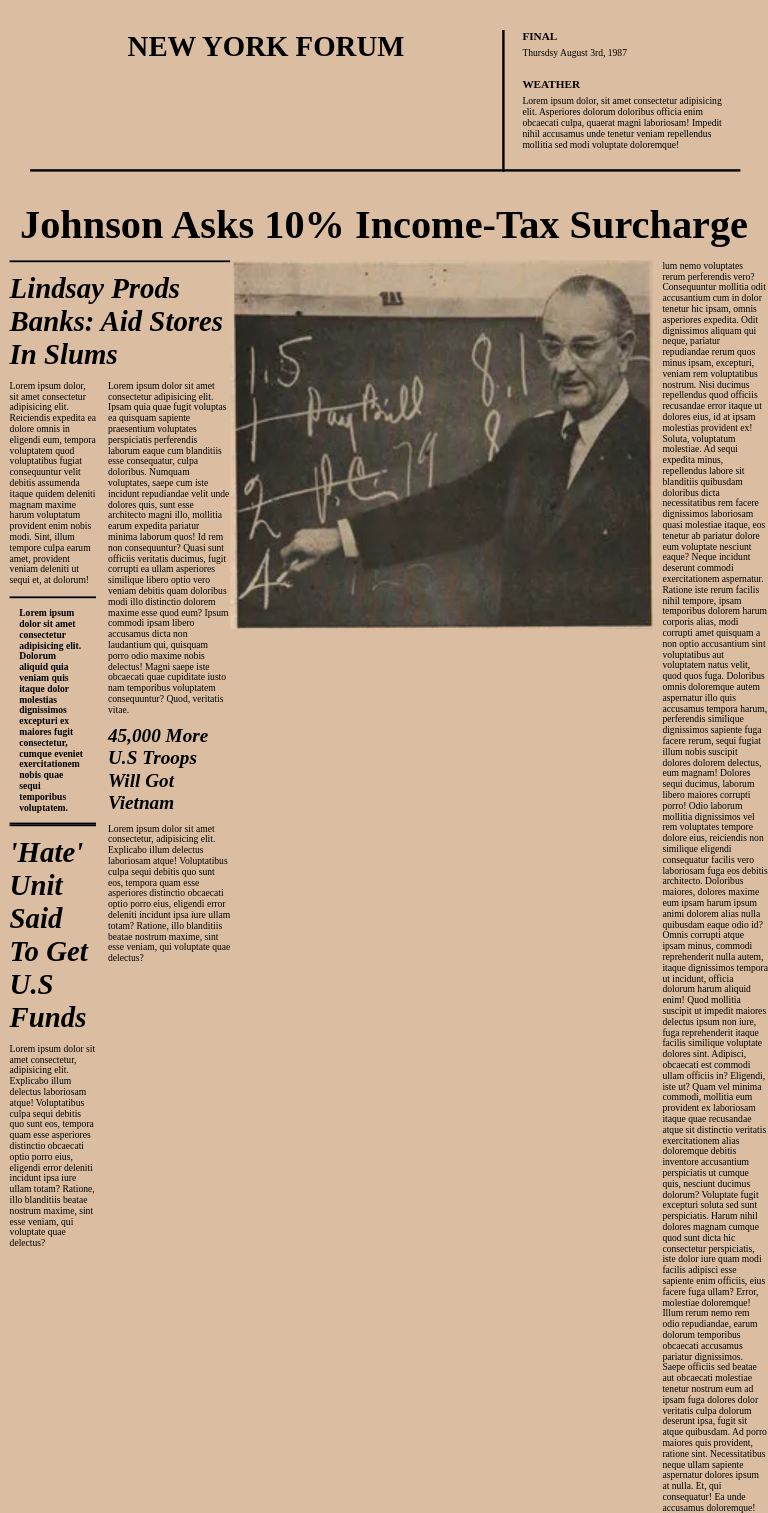
Repository: Arkitecth/newspaper-grid
Page: index.html
The author's editor kept a copy of each file at every save. The page is drawn from the files as they stood at one save, then again after the next save.
The browser window is 1280 px wide. The pictures show the whole page, at 60% of full size.

Above is the page before, as saved 2023-05-29 18:13:08.

### index.html
<!DOCTYPE html>
<html lang="en">
<head>
    <meta charset="UTF-8">
    <meta http-equiv="X-UA-Compatible" content="IE=edge">
    <meta name="viewport" content="width=device-width, initial-scale=1.0">
    <link rel="stylesheet" href="styles.css">
    <title>News Paper</title>
</head>
<body>
    <header id="header">
        <div>
            <h1>New York Forum</h1>
        </div>
        <div class="aside">
            <h3>Final</h3>
            <p>Thursdsy August 3rd, 1987</p>

            <h3>Weather</h3>
            <p>Lorem ipsum dolor, sit amet consectetur adipisicing elit. Asperiores dolorum doloribus officia enim obcaecati culpa, quaerat magni laboriosam! Impedit nihil accusamus unde tenetur veniam repellendus mollitia sed modi voluptate doloremque!</p>
        </div>
        <div class="divider"></div>
        <div class="divider"></div>
    </header>
    <main>
        <h2>Johnson Asks 10% Income-Tax Surcharge</h2>
        <div class="main-grid">
            <div class="left-content">
                <h3>Lindsay Prods Banks: Aid Stores in Slums</h3>
                <div class="sub-grid">
                    <div class="left">
                        <p>Lorem ipsum dolor, sit amet consectetur adipisicing elit. Reiciendis expedita ea dolore omnis in eligendi eum, tempora voluptatem quod voluptatibus fugiat consequuntur velit debitis assumenda itaque quidem deleniti magnam maxime harum voluptatum provident enim nobis modi. Sint, illum tempore culpa earum amet, provident veniam deleniti ut sequi et, at dolorum!</p>
                        <br>
                        <p class="highlight">Lorem ipsum dolor sit amet consectetur adipisicing elit. Dolorum aliquid quia veniam quis itaque dolor molestias dignissimos excepturi ex maiores fugit consectetur, cumque eveniet exercitationem nobis quae sequi temporibus voluptatem.</p>
                        <h3>'Hate' Unit Said to Get U.S Funds</h3>
                        <p>Lorem ipsum dolor sit amet consectetur, adipisicing elit. Explicabo illum delectus laboriosam atque! Voluptatibus culpa sequi debitis quo sunt eos, tempora quam esse asperiores distinctio obcaecati optio porro eius, eligendi error deleniti incidunt ipsa iure ullam totam? Ratione, illo blanditiis beatae nostrum maxime, sint esse veniam, qui voluptate quae delectus?</p>
                    </div>
                    <div class="right">
                        <p>Lorem ipsum dolor sit amet consectetur adipisicing elit. Ipsam quia quae fugit voluptas ea quisquam sapiente praesentium voluptates perspiciatis perferendis laborum eaque cum blanditiis esse consequatur, culpa doloribus. Numquam voluptates, saepe cum iste incidunt repudiandae velit unde dolores quis, sunt esse architecto magni illo, mollitia earum expedita pariatur minima laborum quos! Id rem non consequuntur? Quasi sunt officiis veritatis ducimus, fugit corrupti ea ullam asperiores similique libero optio vero veniam debitis quam doloribus modi illo distinctio dolorem maxime esse quod eum? Ipsum commodi ipsam libero accusamus dicta non laudantium qui, quisquam porro odio maxime nobis delectus! Magni saepe iste obcaecati quae cupiditate iusto nam temporibus voluptatem consequuntur? Quod, veritatis vitae.</p>
                        <h3>45,000 More U.S Troops Will got Vietnam</h3>
                        <p>Lorem ipsum dolor sit amet consectetur, adipisicing elit. Explicabo illum delectus laboriosam atque! Voluptatibus culpa sequi debitis quo sunt eos, tempora quam esse asperiores distinctio obcaecati optio porro eius, eligendi error deleniti incidunt ipsa iure ullam totam? Ratione, illo blanditiis beatae nostrum maxime, sint esse veniam, qui voluptate quae delectus?</p>
                    </div>
                </div>
            </div>

            <div class="middle-content">
                <img src="assets/teacher.png" alt="teacher teaching stuff">
            </div>

            <div class="right-content">
                lum nemo voluptates rerum perferendis vero? Consequuntur mollitia odit accusantium cum in dolor tenetur hic ipsam, omnis asperiores expedita. Odit dignissimos aliquam qui neque, pariatur repudiandae rerum quos minus ipsam, excepturi, veniam rem voluptatibus nostrum. Nisi ducimus repellendus quod officiis recusandae error itaque ut dolores eius, id at ipsam molestias provident ex! Soluta, voluptatum molestiae. Ad sequi expedita minus, repellendus labore sit blanditiis quibusdam doloribus dicta necessitatibus rem facere dignissimos laboriosam quasi molestiae itaque, eos tenetur ab pariatur dolore eum voluptate nesciunt eaque? Neque incidunt deserunt commodi exercitationem aspernatur. Ratione iste rerum facilis nihil tempore, ipsam temporibus dolorem harum corporis alias, modi corrupti amet quisquam a non optio accusantium sint voluptatibus aut voluptatem natus velit, quod quos fuga. Doloribus omnis doloremque autem aspernatur illo quis accusamus tempora harum, perferendis similique dignissimos sapiente fuga facere rerum, sequi fugiat illum nobis suscipit dolores dolorem delectus, eum magnam! Dolores sequi ducimus, laborum libero maiores corrupti porro! Odio laborum mollitia dignissimos vel rem voluptates tempore dolore eius, reiciendis non similique eligendi consequatur facilis vero laboriosam fuga eos debitis architecto. Doloribus maiores, dolores maxime eum ipsam harum ipsum animi dolorem alias nulla quibusdam eaque odio id? Omnis corrupti atque ipsam minus, commodi reprehenderit nulla autem, itaque dignissimos tempora ut incidunt, officia dolorum harum aliquid enim! Quod mollitia suscipit ut impedit maiores delectus ipsum non iure, fuga reprehenderit itaque facilis similique voluptate dolores sint. Adipisci, obcaecati est commodi ullam officiis in? Eligendi, iste ut? Quam vel minima commodi, mollitia eum provident ex laboriosam itaque quae recusandae atque sit distinctio veritatis exercitationem alias doloremque debitis inventore accusantium perspiciatis ut cumque quis, nesciunt ducimus dolorum? Voluptate fugit excepturi soluta sed sunt perspiciatis. Harum nihil dolores magnam cumque quod sunt dicta hic consectetur perspiciatis, iste dolor iure quam modi facilis adipisci esse sapiente enim officiis, eius facere fuga ullam? Error, molestiae doloremque! Illum rerum nemo rem odio repudiandae, earum dolorum temporibus obcaecati accusamus pariatur dignissimos. Saepe officiis sed beatae aut obcaecati molestiae tenetur nostrum eum ad ipsam fuga dolores dolor veritatis culpa dolorum deserunt ipsa, fugit sit atque quibusdam. Ad porro maiores quis provident, ratione sint. Necessitatibus neque ullam sapiente aspernatur dolores ipsum at nulla. Et, qui consequatur! Ea unde accusamus doloremque!</p>
            </div>
        </div>
    </main>

</body>
</html>

### styles.css
* {
    padding: 0;
    margin: 0;
}

body {
    background-color: #dbbea1;
    max-width: 1500px;
}

h1,h3 {
    text-transform: uppercase;
}
#header {
    padding: 3.125rem;
    display: grid;
    grid-template-columns: 2fr 1fr;
}


#header h1 {
    text-align: center;
    font-size: 3rem;
}

h2 {
    text-align: center;
    width: 100%;
    font-size: 4.2rem;
}

.aside {
    border-left: 4px solid black;
    padding-left: 30px;
}

.aside p {
    padding-top: 0.5rem;
    margin-bottom: 2rem;
}

.divider {
    border: 2px solid black;
    width: 100%;
}

.main-grid{
    display: grid;
    grid-template-columns: 2fr 2fr 1fr;
    padding-top: 20px;
}

.sub-grid {
    display: grid;
    grid-template-columns: 1fr 1fr;
    gap: 20px;
}

.left-content h3 {
    font-size: 3rem;
    font-style: italic;
    border-top: 3px solid black;
    padding-bottom: 1rem;
    padding-top: 1rem;
    text-transform: capitalize;
}

.right {
    grid-column: 2 / span 4;
}


.right h3 {
    border: none;
    text-align: left;
    font-size: 2rem;

}


.left-content {
    padding-left: 1rem;
}

.right-content {
    padding-left: 1rem;
}

.highlight {
    font-weight: bold;
    border-top: 3px solid black;
    padding: 1rem;
    border-bottom: 3px solid black;
}

After the next save:
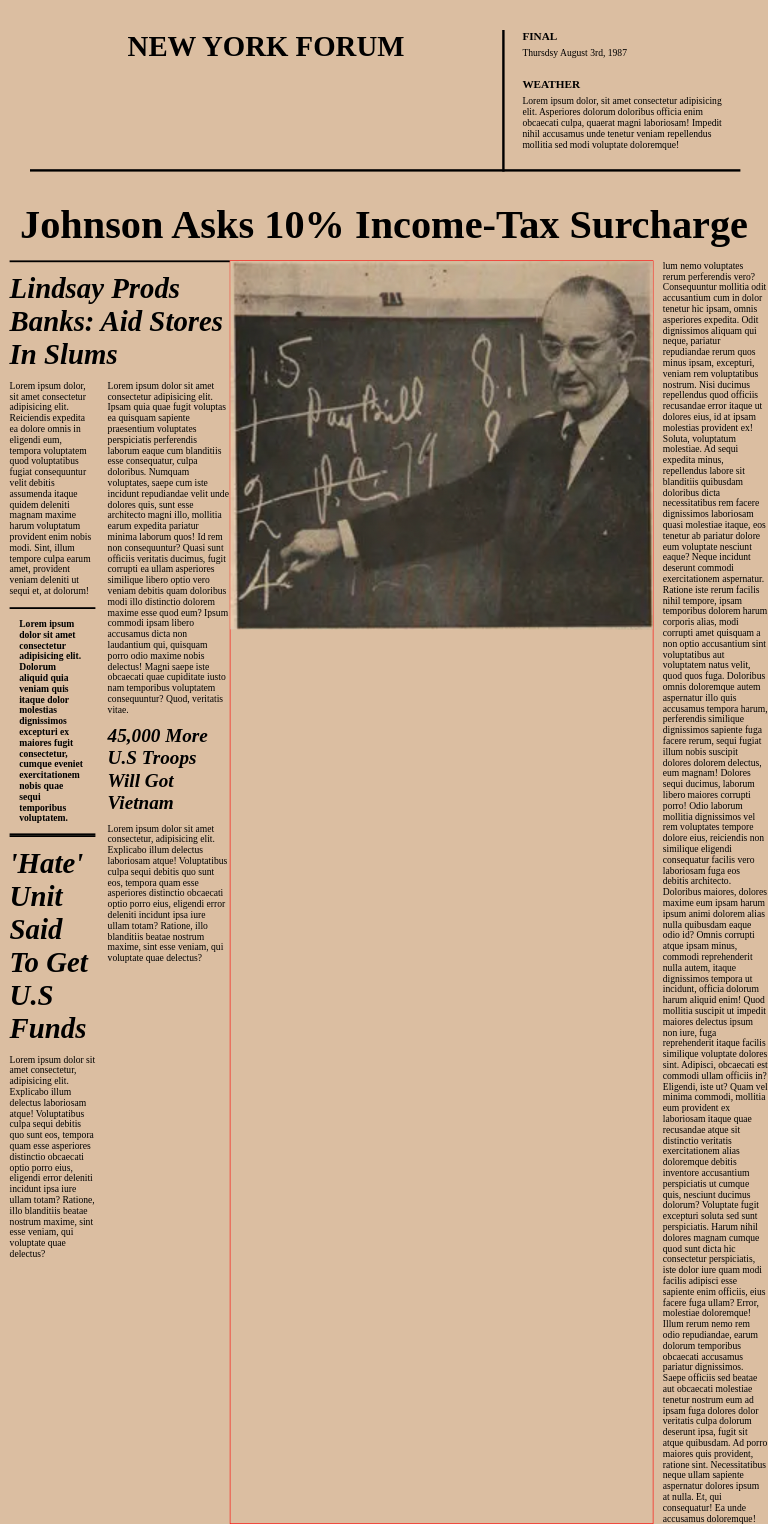
Saved 53 s later.
--- a/styles.css
+++ b/styles.css
@@ -77,6 +77,9 @@
 
 }
 
+.middle-content {
+    border: 1px solid red;
+}
 
 .left-content {
     padding-left: 1rem;
